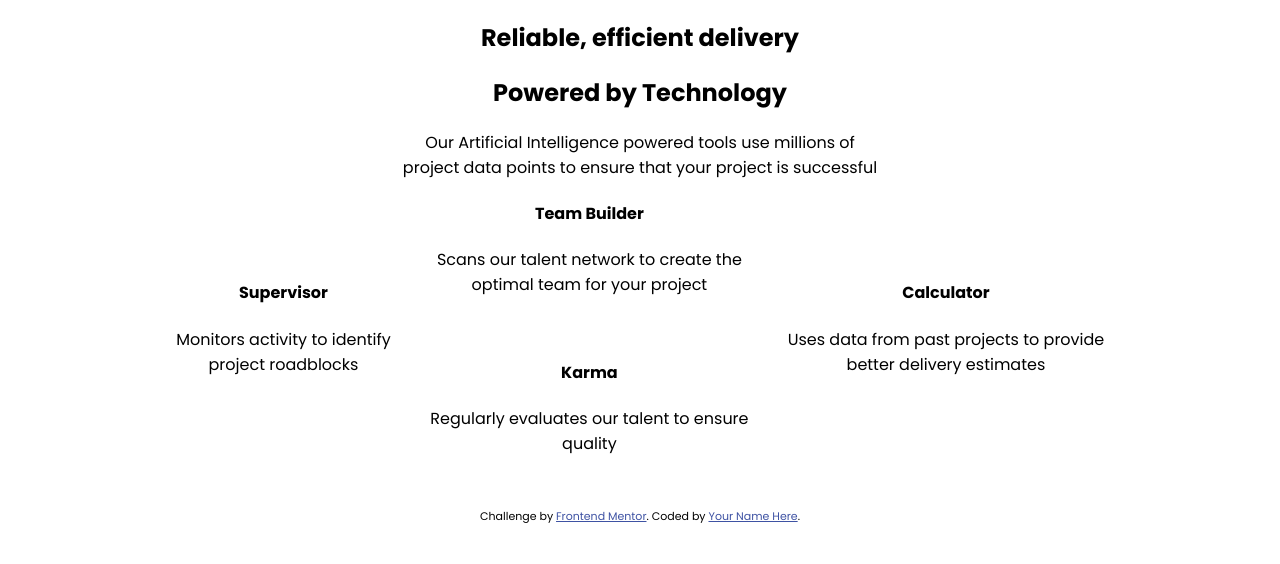
Repository: BuduCE/four-card-feature-section-master
Page: index.html
An editor plug-in stored every save of this project. The page is shown before and after a run of saves, followed by the edit.
The browser window is 1280 px wide. The pictures show the whole page.

Above is the page before, as saved 2023-06-01 22:14:47.

After the next 4 saves:
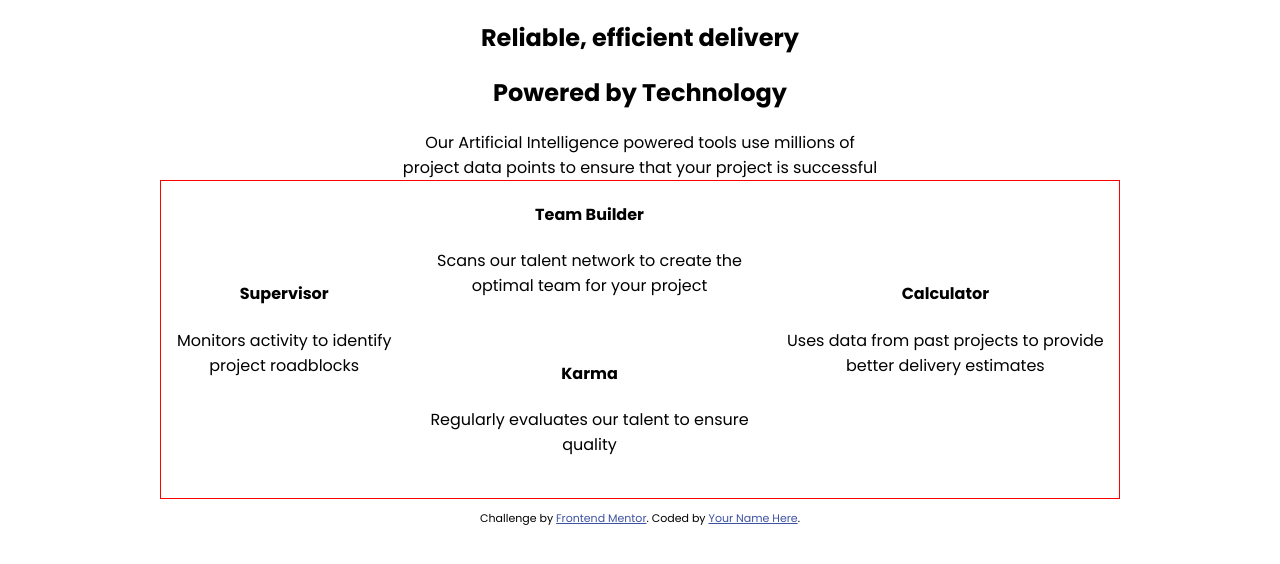
The 4 saves are shown as one change because they came seconds apart.
The last was saved 39 s later.
--- a/styles.css
+++ b/styles.css
@@ -22,4 +22,5 @@ body {
     grid-template-columns: 1fr 1fr 1fr; */
     display: flex;
     align-items: center;
+    border: 1px solid red;
 }
